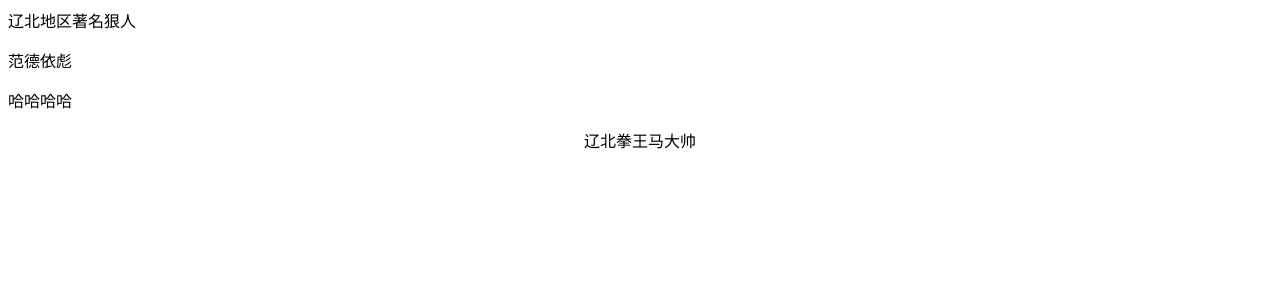
Repository: lqcoffical/basic-frontCode
Page: demohtml/排版标签.html
The author's editor kept a copy of each file at every save. The page is drawn from the files as they stood at one save, then again after the next save.
The browser window is 1280 px wide. The pictures show the whole page.

Above is the page before, as saved 2019-10-15 16:31:56.

### demohtml/排版标签.html
<!DOCTYPE html>
<html lang="en">
<head>
    <meta charset="UTF-8">
    <meta name="viewport" content="width=device-width, initial-scale=1.0">
    <meta http-equiv="X-UA-Compatible" content="ie=edge">
    <title>Document</title>
</head>
<body>
    <!-- <p></p>段落标签。正常浏览器排版是从上到下从左到右，排到装不下了之后才会换行。
        而用了p标签之后，不管内容有多少都独占一行 -->
    辽北地区著名狠人
    <p>范德依彪</p>哈哈哈哈
    <!-- p标签的属性：align(对齐方式)，取值范围有left，center，right -->
    <p align = "center">辽北拳王马大帅</p>
</body>
</html>

After the next save:
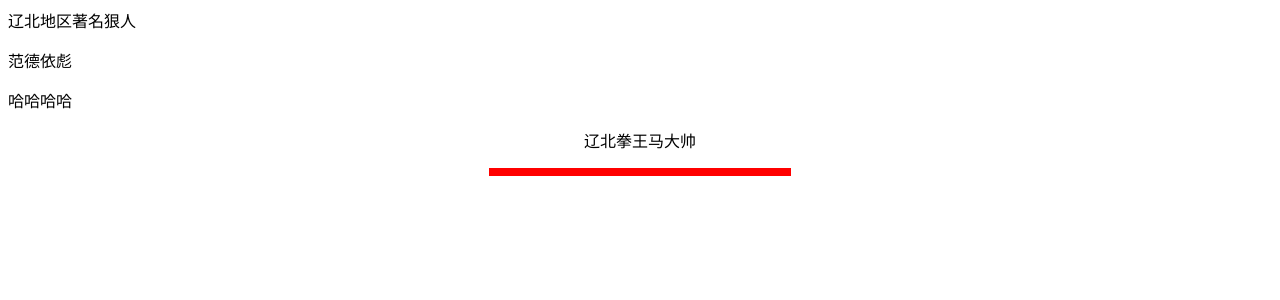
Saved 17 min 32 s later.
--- a/demohtml/排版标签.html
+++ b/demohtml/排版标签.html
@@ -8,10 +8,14 @@
 </head>
 <body>
     <!-- <p></p>段落标签。正常浏览器排版是从上到下从左到右，排到装不下了之后才会换行。
-        而用了p标签之后，不管内容有多少都独占一行 -->
+    而用了p标签之后，不管内容有多少都独占一行 -->
     辽北地区著名狠人
     <p>范德依彪</p>哈哈哈哈
     <!-- p标签的属性：align(对齐方式)，取值范围有left，center，right -->
     <p align = "center">辽北拳王马大帅</p>
+    <!-- <br />换行标签。这是一个单标签，跟p标签的区别就是没有上下间的距离，只是单纯的换行
+    <hr />就是一条横线，分隔用 属性：width，size：粗细，color：颜色 -->
+    <hr width="300" size="8" color="red"/>
+
 </body>
 </html>
